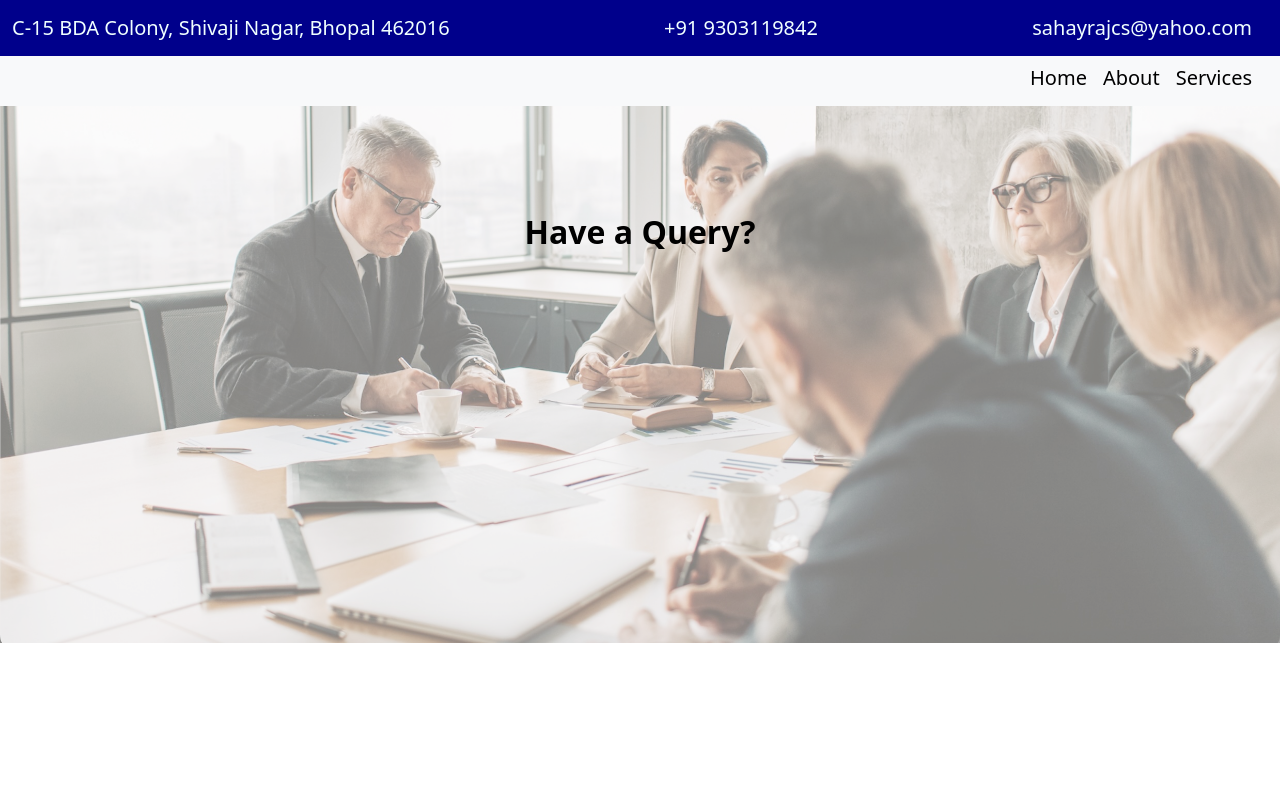
Repository: aayushiss/CS-RSS
Page: services.html
An editor plug-in stored every save of this project. The page is shown before and after the next save, followed by the edit.
The browser window is 1280 px wide. The pictures show the whole page.

Above is the page before, as saved 2025-05-15 21:59:12.

After the next save:
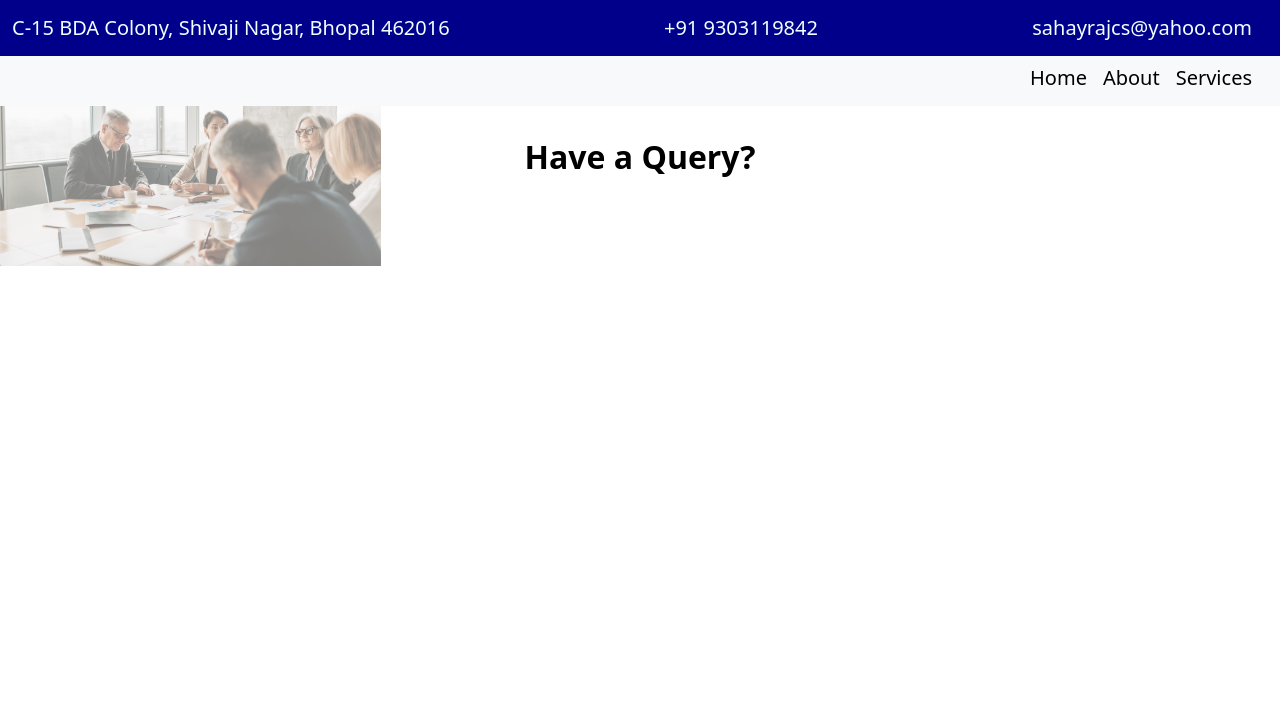
Saved 44 s later.
--- a/services.html
+++ b/services.html
@@ -29,7 +29,7 @@
   </nav>
 
   <div class="position-relative" style="margin-bottom: 150px;" id="contact-section">
-    <img src="images/haveAQuery.jpg" class="img-fluid" alt="..." style="opacity: .5;">
+    <img src="images/haveAQuery.jpg" class="img-fluid" alt="..." style="opacity: .5; height: 10rem;">
     <h2 class="position-absolute start-50 translate-middle-x text-black fw-bold" style="top: 20%;">
       Have a Query?
     </h2>

After the save that followed:
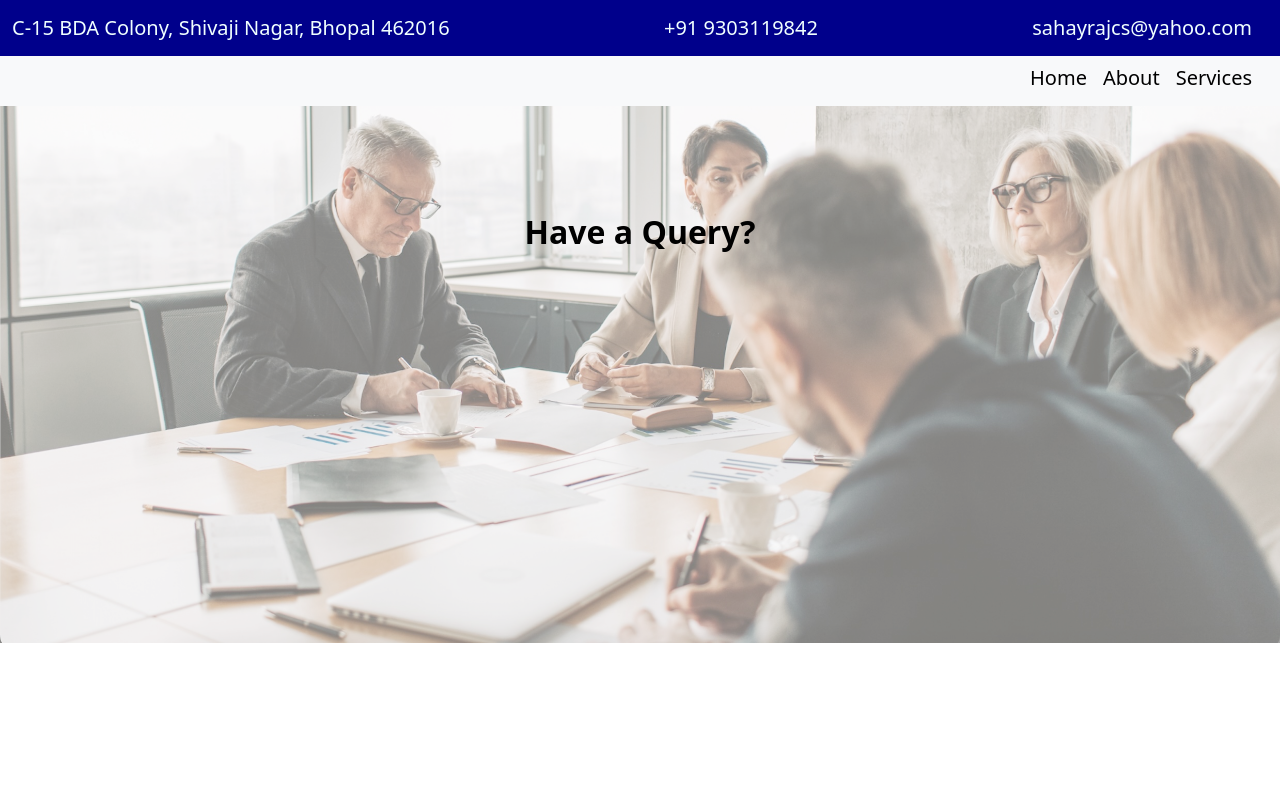
Saved 15 s later.
--- a/services.html
+++ b/services.html
@@ -29,10 +29,11 @@
   </nav>
 
   <div class="position-relative" style="margin-bottom: 150px;" id="contact-section">
-    <img src="images/haveAQuery.jpg" class="img-fluid" alt="..." style="opacity: .5; height: 10rem;">
+    <img src="images/haveAQuery.jpg" class="img-fluid" alt="..." style="opacity: .5;">
     <h2 class="position-absolute start-50 translate-middle-x text-black fw-bold" style="top: 20%;">
       Have a Query?
     </h2>
+
 
   </div>
 
